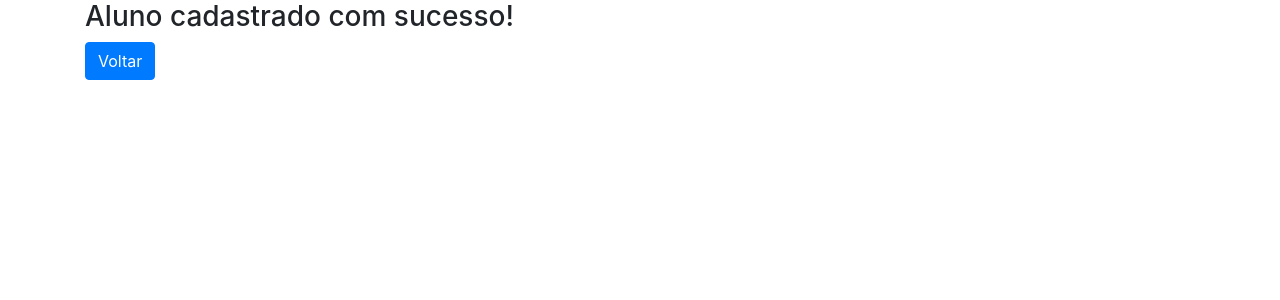
Repository: luizlav001/AT_Java_Web
Page: Lincoln/Fundamentos Java/appTimeFutebol/br/edu/infnet/appTimeFutebol/src/main/webapp/WEB-INF/jsp/confirmacao.html
These files come from the project's save history. The page is drawn as it stood at one moment and after the next save; the edit follows.
The browser window is 1280 px wide. The pictures show the whole page.

Above is the page before, as saved 2021-10-23 16:54:35.

### Lincoln/Fundamentos Java/appTimeFutebol/br/edu/infnet/appTimeFutebol/src/main/webapp/WEB-INF/jsp/confirmacao.html
<!DOCTYPE html>
<html>
<head>
<meta charset="ISO-8859-1">
<title>TP1 - Luiz</title>
<link rel="stylesheet" href="https://maxcdn.bootstrapcdn.com/bootstrap/4.5.2/css/bootstrap.min.css">
</head>
<body>
	<div class="container">
		<form action="home.html">
			<h3>Aluno cadastrado com sucesso!</h3>
			<button class="btn btn-primary" type="submit">Voltar</button>
		</form>
	</div>
</body>
</html>

After the next save:
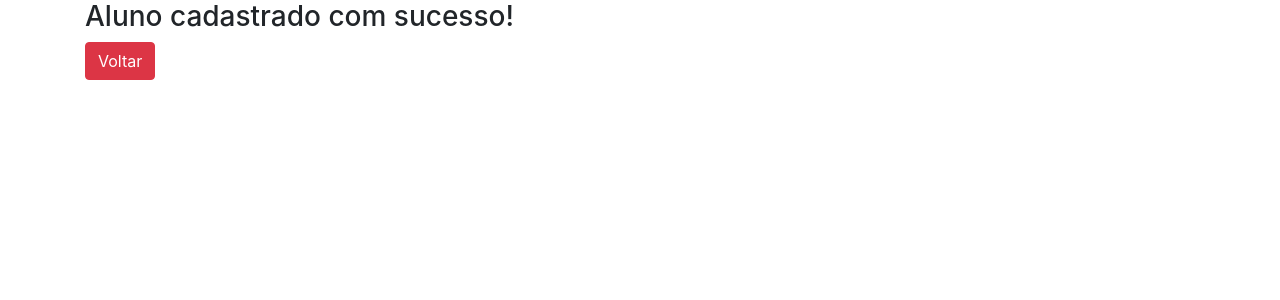
Saved 29 s later.
--- a/Lincoln/Fundamentos Java/appTimeFutebol/br/edu/infnet/appTimeFutebol/src/main/webapp/WEB-INF/jsp/confirmacao.html
+++ b/Lincoln/Fundamentos Java/appTimeFutebol/br/edu/infnet/appTimeFutebol/src/main/webapp/WEB-INF/jsp/confirmacao.html
@@ -9,7 +9,7 @@
 	<div class="container">
 		<form action="home.html">
 			<h3>Aluno cadastrado com sucesso!</h3>
-			<button class="btn btn-primary" type="submit">Voltar</button>
+			<button class="btn btn-danger" type="submit">Voltar</button>
 		</form>
 	</div>
 </body>
